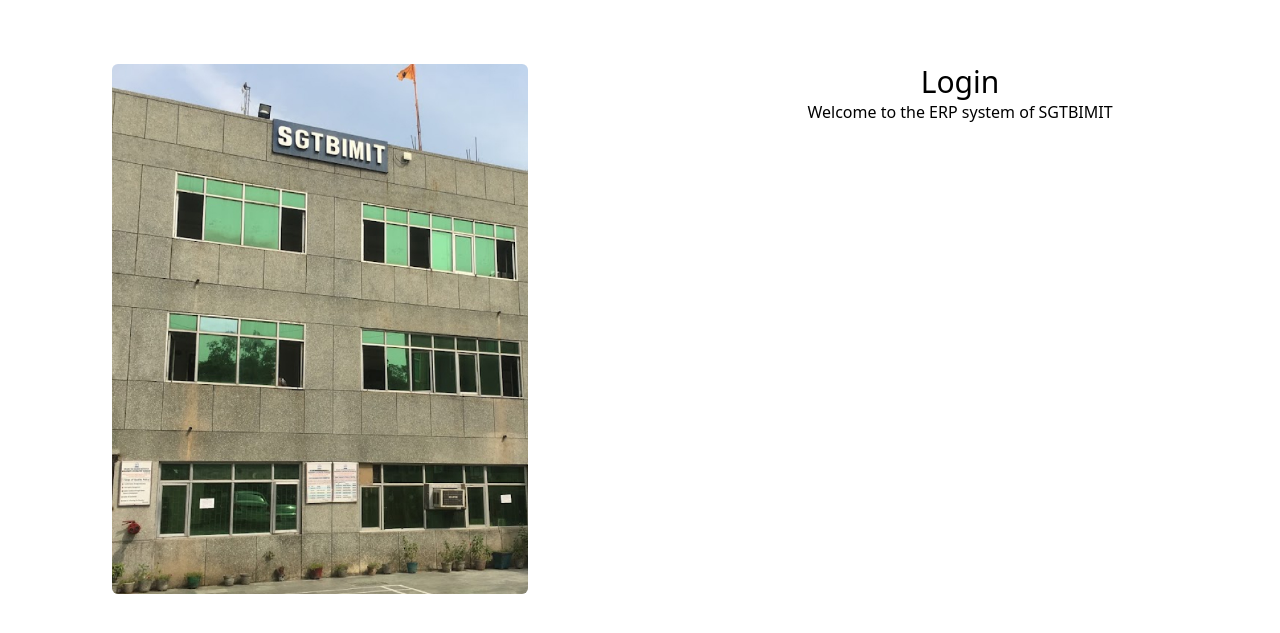
Repository: SehajBindra/SGTBIMIT-ERP-Client
Page: /StudentLogin
These files come from the project's save history. The page is drawn as it stood at one moment and after the next save; the edit follows.
The browser window is 1280 px wide. The pictures show the whole page.
The project was rebuilt for these pictures with package versions that can differ from the ones it lists, and the page was loaded fresh each time. Also part of the build but not shown: src/LOGIN/Login.js, src/LOGIN/FACULTY/FacultyLogin.js, src/STUDENT_PAGE/StuBody.js, src/STUDENT_PAGE/StuSidebar.js, src/STUDENT_PAGE/StuHeader.js, src/STUDENT_PAGE/StudentHome.js, src/FACULTY_PAGE/FacBody.js, src/FACULTY_PAGE/FacHeader.js and 2 more.

Above is the page before, as saved 2023-05-14 15:35:39.

After the next save:
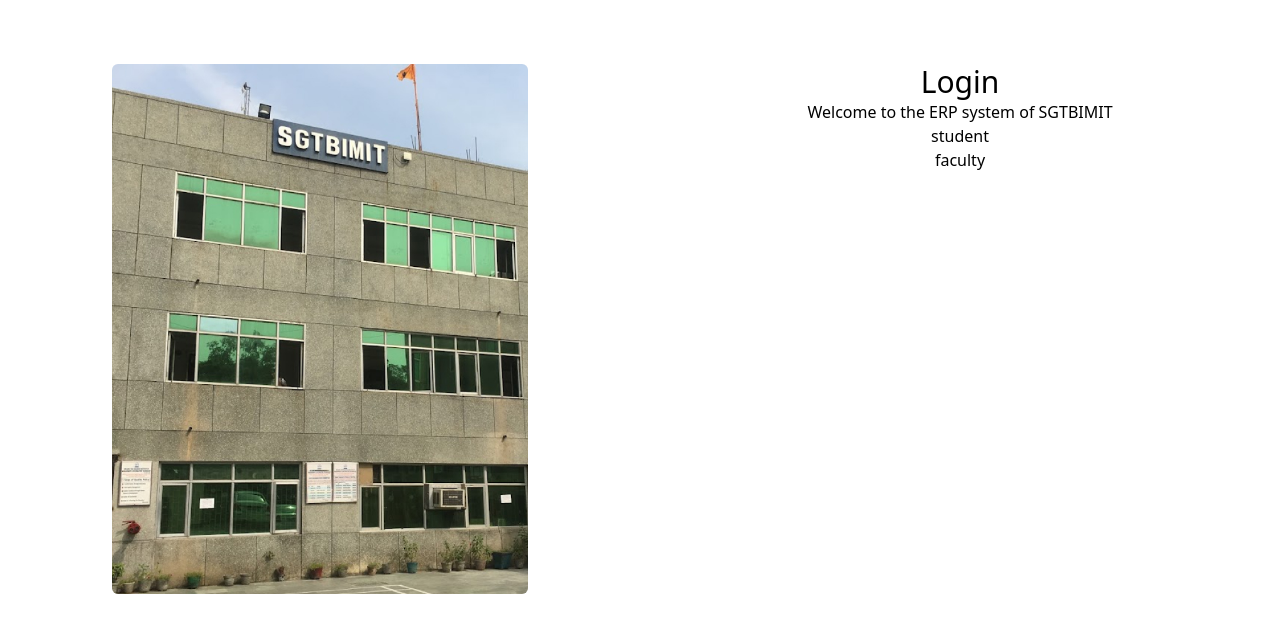
Saved 65 s later.
--- a/src/LOGIN/STUDENT/StudentLogin.js
+++ b/src/LOGIN/STUDENT/StudentLogin.js
@@ -28,6 +28,11 @@
       <div className="bg-white  col-span-2">
         <h2 className="text-3xl">Login</h2>
         <p>Welcome to the ERP system of SGTBIMIT</p>
+
+        <div>
+          <p>student</p>
+          <p>faculty</p>
+        </div>
       </div>
     </div>
   );
